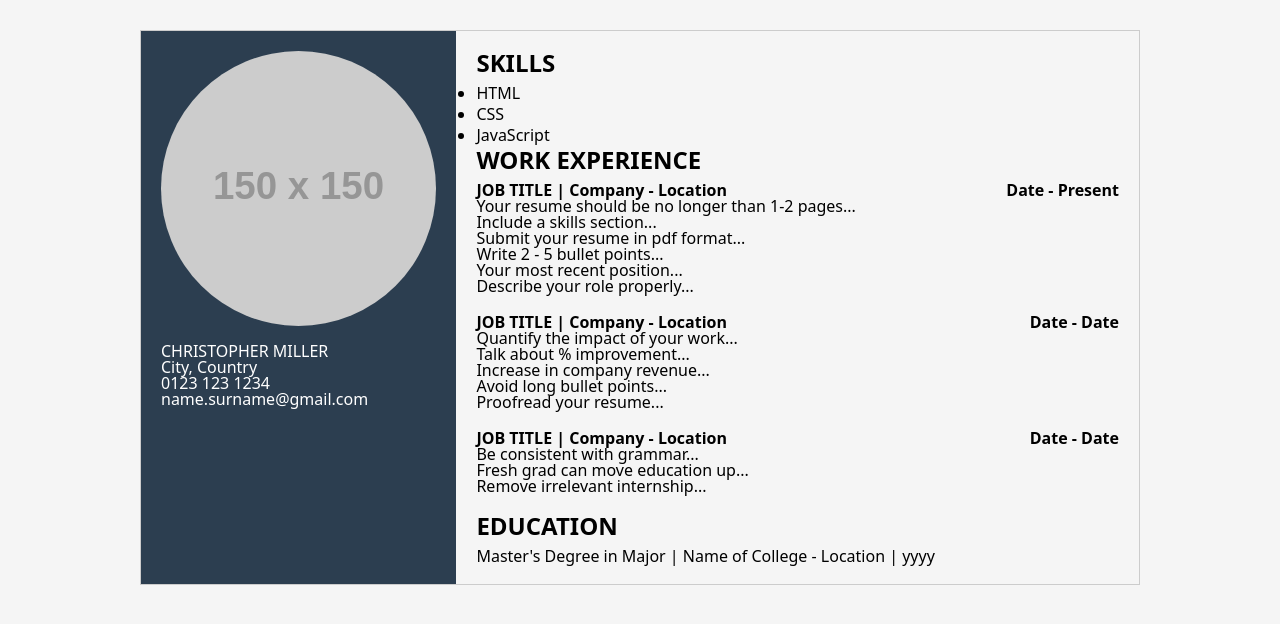
Repository: doanhieu0707/Homework-Day-5
Page: cv-flex.html
These files come from the project's save history. The page is drawn as it stood at one moment and after a run of saves; the edit follows.
The browser window is 1280 px wide. The pictures show the whole page.

Above is the page before, as saved 2026-04-22 14:45:56.

After the next 3 saves:
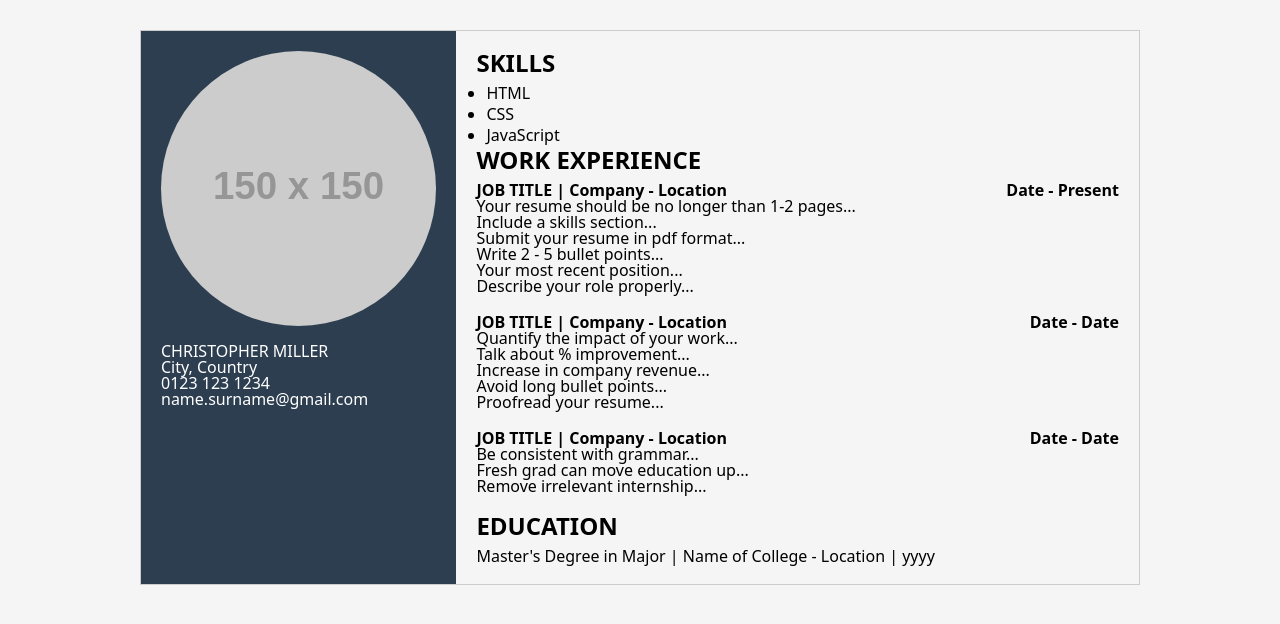
The 3 saves are shown as one change because they came seconds apart.
The last was saved 15 s later.
--- a/css/style.css
+++ b/css/style.css
@@ -66,6 +66,7 @@ h2 {
 }
 
 .heading-1 {
+    margin-left: 10px;
     margin-bottom: 5px;
     list-style-type: disc;
 }
